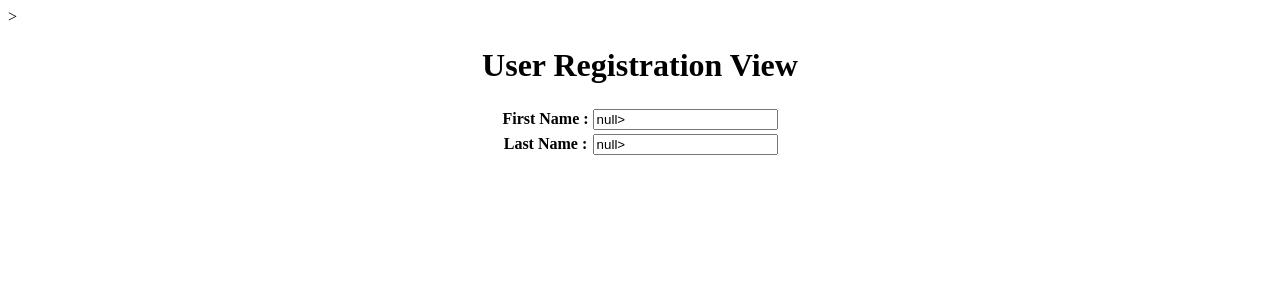
Repository: HimanshuJain1991/ProjectModuleUseCase
Page: http://localhost/Practice/UserRegistrationView.jsp
An editor plug-in stored every save of this project. The page is shown before and after the next save, followed by the edit.
The browser window is 1280 px wide. The pictures show the whole page.
The page is served by Tomcat 9.

Above is the page before, as saved 2024-02-27 10:59:53.

After the next save:
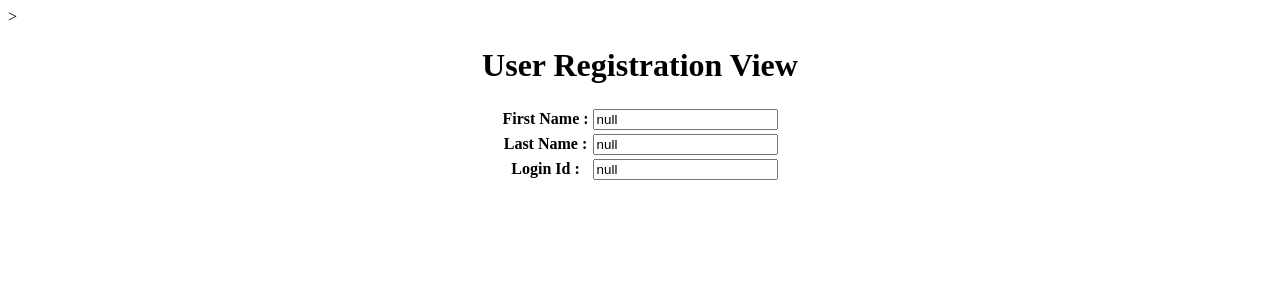
Saved 61 s later.
--- a/Practice/src/main/webapp/UserRegistrationView.jsp
+++ b/Practice/src/main/webapp/UserRegistrationView.jsp
@@ -7,7 +7,9 @@
 <meta charset="ISO-8859-1">
 <title>Insert title here</title>
 </head>
-<%UserDTO dto=new UserDTO(); %>>
+<%
+	UserDTO dto = new UserDTO();
+%>>
 <body>
 	<center>
 		<h1>User Registration View</h1>
@@ -15,14 +17,20 @@
 			<tr>
 				<th>First Name :</th>
 				<td><input type="text" name="firstName"
-					 value="<%=dto.getFirstName() %>>"></td>
-					</tr>
-					<tr>
-				<th>Last Name  :</th>
-				<td><input type="text" name="lastName"  value="<%=dto.getLastName() %>>"></td>
+					value="<%=dto.getFirstName()%>"></td>
+			</tr>
+			<tr>
+				<th>Last Name :</th>
+				<td><input type="text" name="lastName"
+					value="<%=dto.getLastName()%>"></td>
 
+			</tr>
+			<tr>
+				<th>Login Id :</th>
+				<td><input type="text" name="lastName"
+					value="<%=dto.getLoginId()%>"></td>
 
-					</tr>
-				</center>
+			</tr>
+			</center>
 </body>
 </html>
